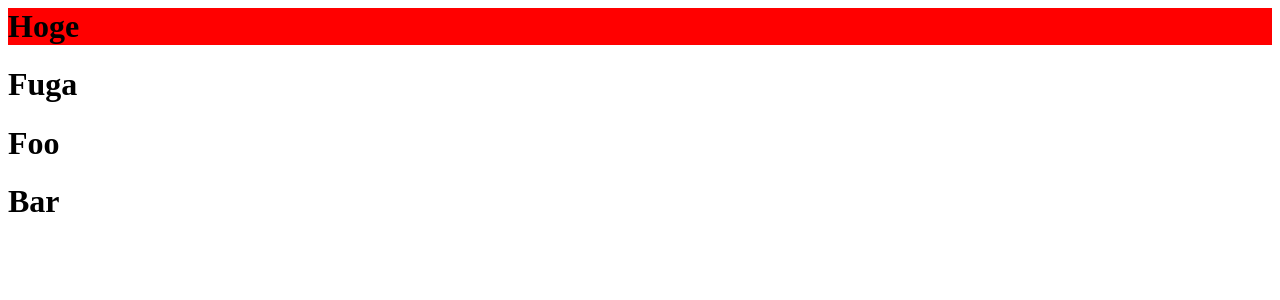
Repository: kubonagi/samurai_HTML-CSS
Page: section13/:first-child.html
The author's editor kept a record of every edit. The page is drawn from the files as they stood at one moment, then again after the next edit.
The browser window is 1280 px wide. The pictures show the whole page.

Above is the page before.

After the next edit:
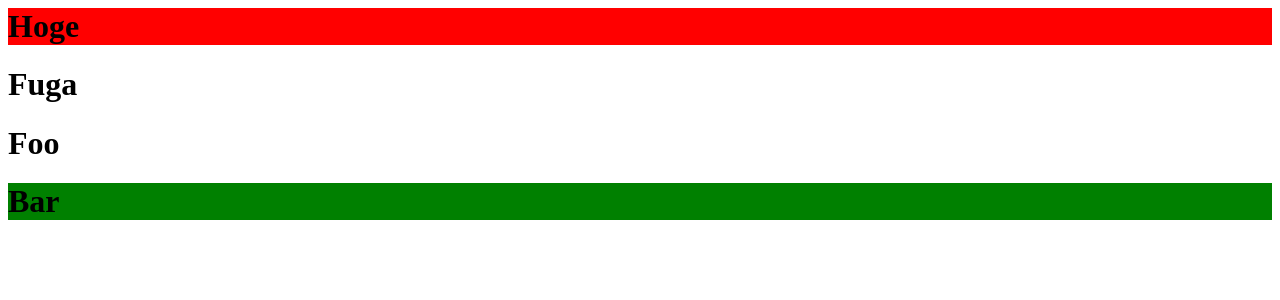
The edit:
--- a/section13/:first-child.html
+++ b/section13/:first-child.html
@@ -3,6 +3,9 @@
          <style>
             h1:first-child {
                 background-color: red;
+            }
+            h1:last-child {
+                background-color: green;
             }
         </style>
     </head>
